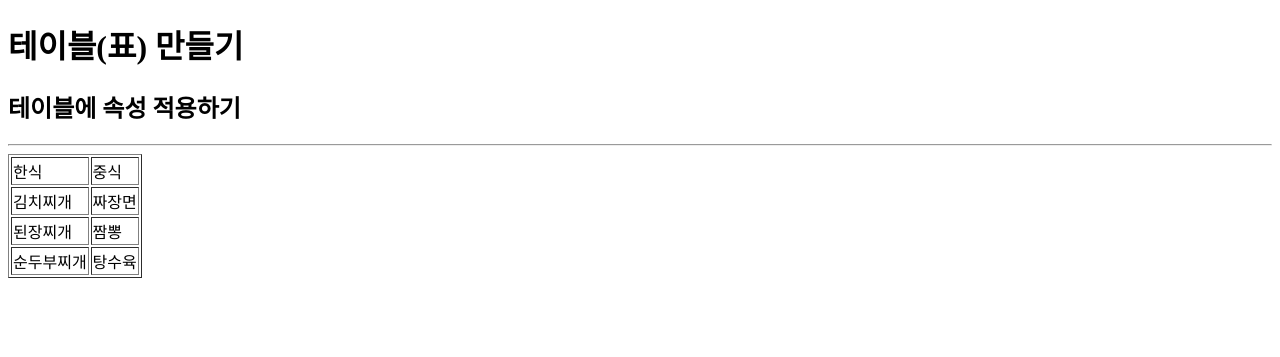
Repository: jp0301/WebStudy
Page: WebApp01/WebContent/Test011.html
The author's editor kept a copy of each file at every save. The page is drawn from the files as they stood at one save, then again after the next save.
The browser window is 1280 px wide. The pictures show the whole page.

Above is the page before, as saved 2022-09-27 02:16:35.

### WebApp01/WebContent/Test011.html
<!DOCTYPE html>
<html>
<head>
<meta charset="UTF-8">
<title>Test011.html</title>
</head>

<body>

	<div>
		<h1>테이블(표) 만들기</h1>
		<h2>테이블에 속성 적용하기</h2>
		<hr>
	</div>

	<div>
		<table border="1">
			<tr>
				<td>한식</td>
				<td>중식</td>
			</tr>
			<tr>
				<td>김치찌개</td>
				<td>짜장면</td>
			</tr>
			<tr>
				<td>된장찌개</td>
				<td>짬뽕</td>
			</tr>
			<tr>
				<td>순두부찌개</td>
				<td>탕수육</td>
			</tr>
		</table>
	</div>

</body>

</html>

After the next save:
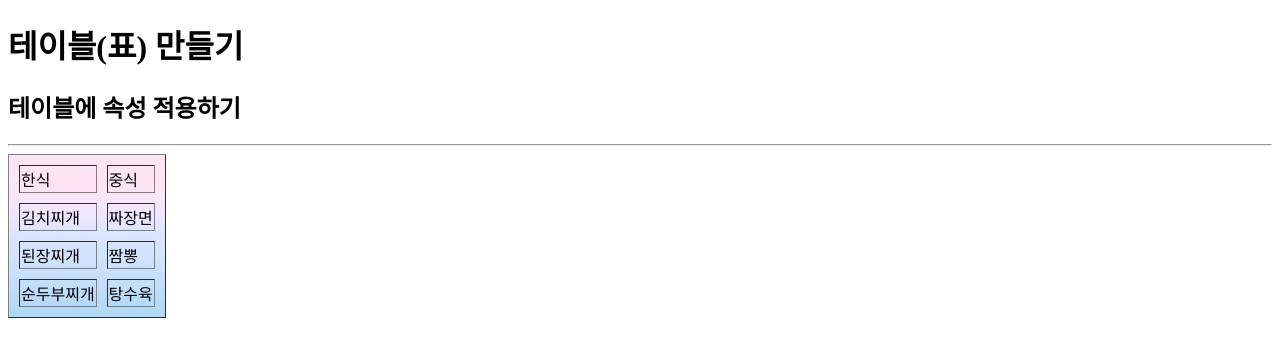
Saved 110 s later.
--- a/WebApp01/WebContent/Test011.html
+++ b/WebApp01/WebContent/Test011.html
@@ -14,7 +14,7 @@
 	</div>
 
 	<div>
-		<table border="1">
+		<table border="1" background="images/img_03.jpg" celpadding="10" cellspacing="10">
 			<tr>
 				<td>한식</td>
 				<td>중식</td>
